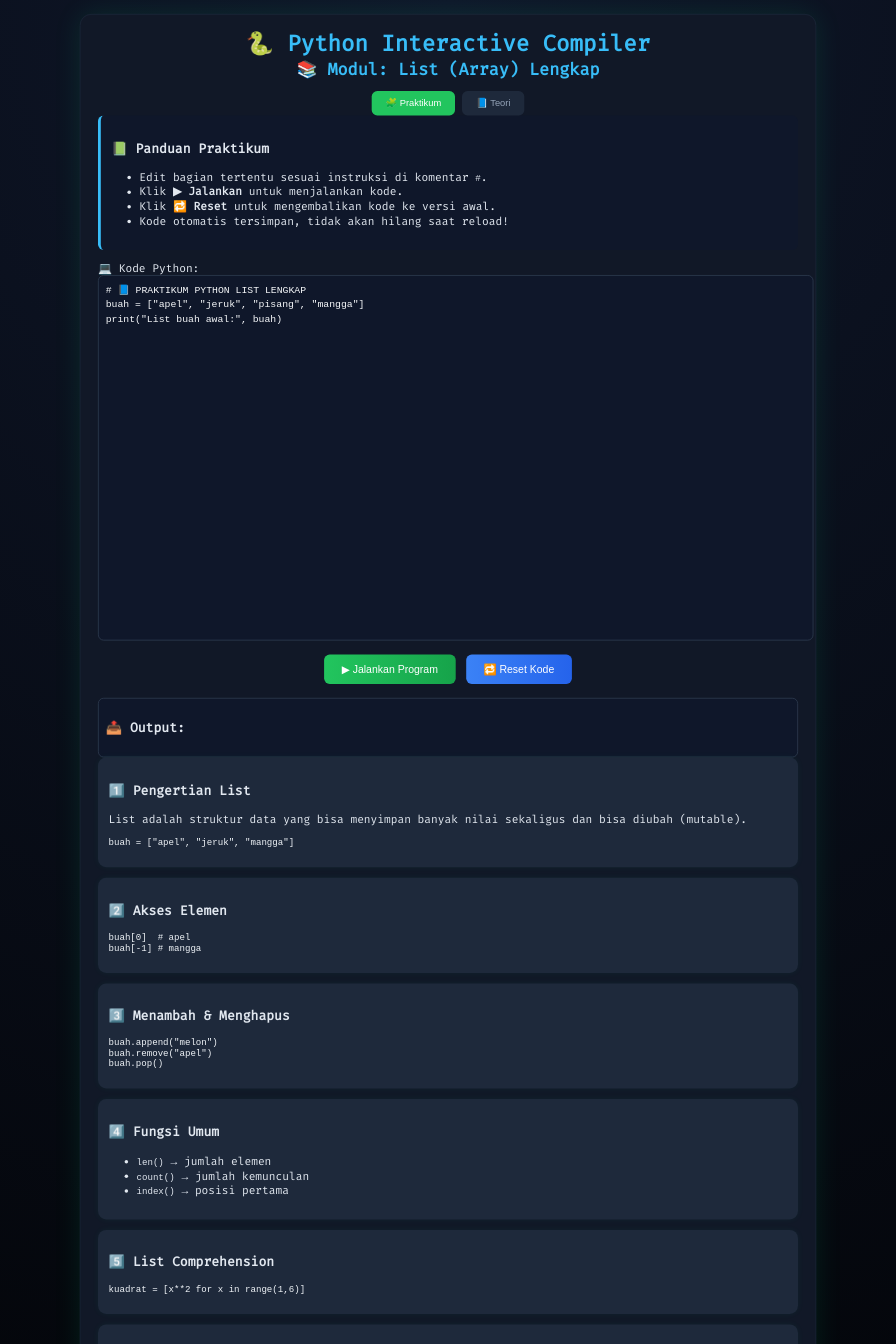
Repository: smkmutipugademak/Array
Page: index.html
These files come from the project's save history. The page is drawn as it stood at one moment and after the next save; the edit follows.
The browser window is 1280 px wide. The pictures show the part of the page from y = 0 to 1920 px (the page is 2760 px tall), at 70% of full size.

Above is the page before, as saved 2025-11-11 05:11:27.

After the next save:
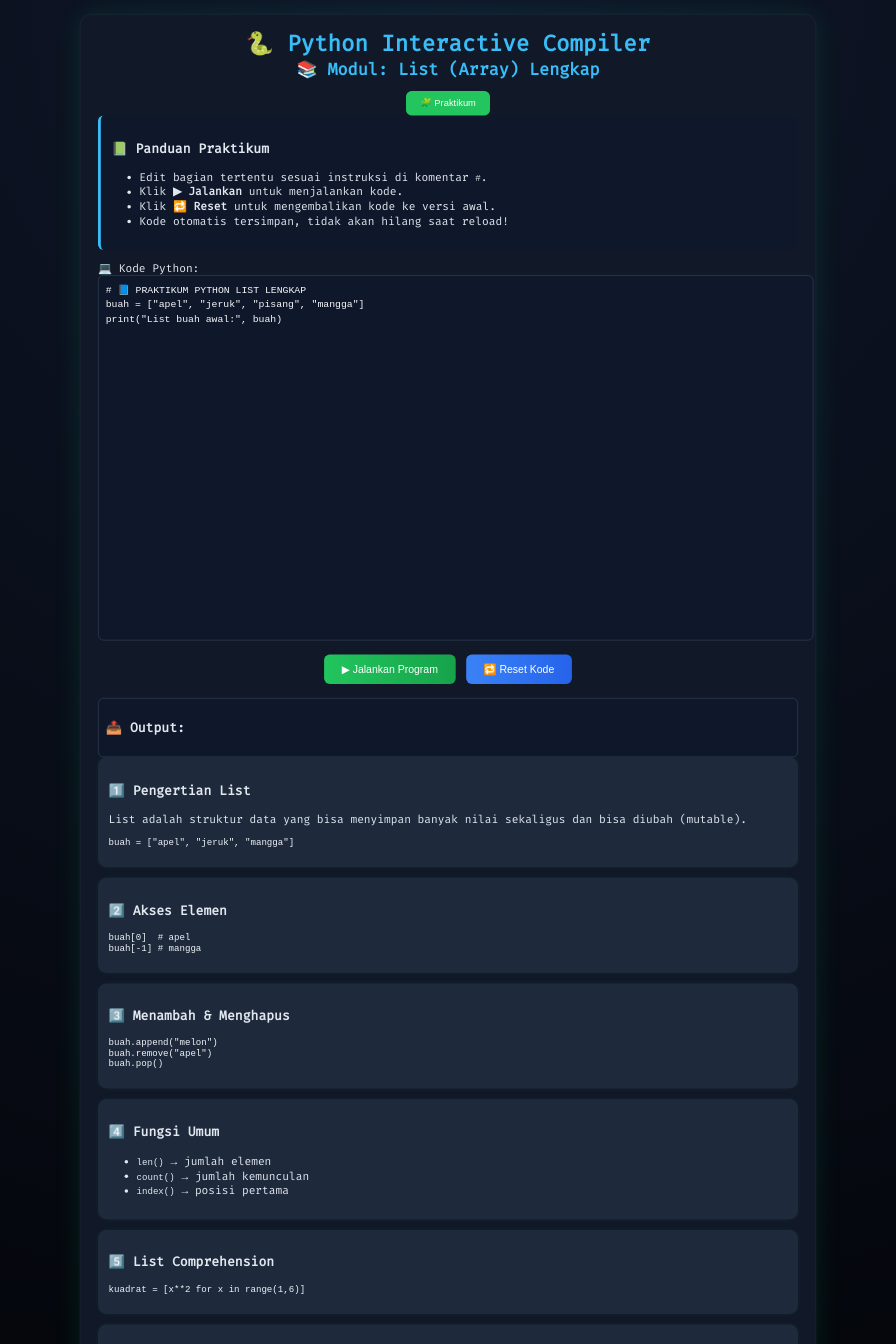
Saved 45 s later.
--- a/index.html
+++ b/index.html
@@ -16,7 +16,6 @@
 
         <div class="tabs">
             <button class="tab-button active" data-tab="praktikum">🧩 Praktikum</button>
-            <button class="tab-button" data-tab="teori">📘 Teori</button>
         </div>
 
         <!-- ===================== TAB PRAKTIKUM ===================== -->
